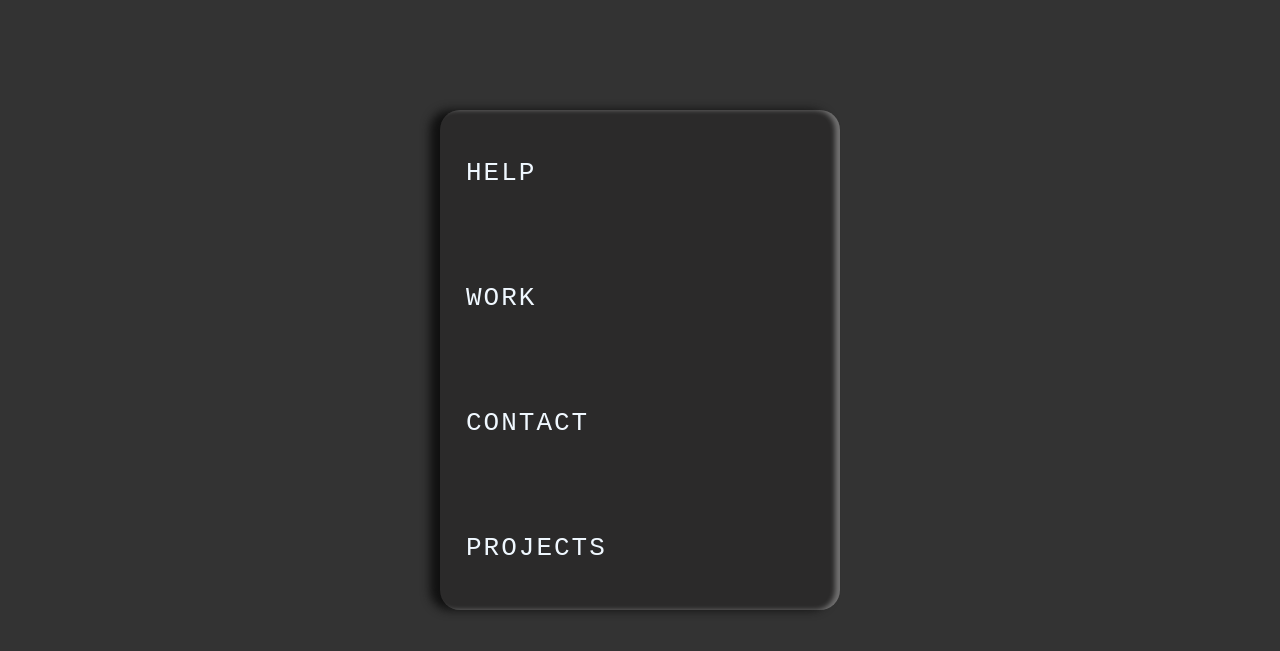
Repository: Rostyk-qq/Projects_Web
Page: menuRanLine/ranLine.html
The author's editor kept a copy of each file at every save. The page is drawn from the files as they stood at one save, then again after the next save.
The browser window is 1280 px wide. The pictures show the whole page.

Above is the page before, as saved 2023-09-30 02:12:14.

After the next save:
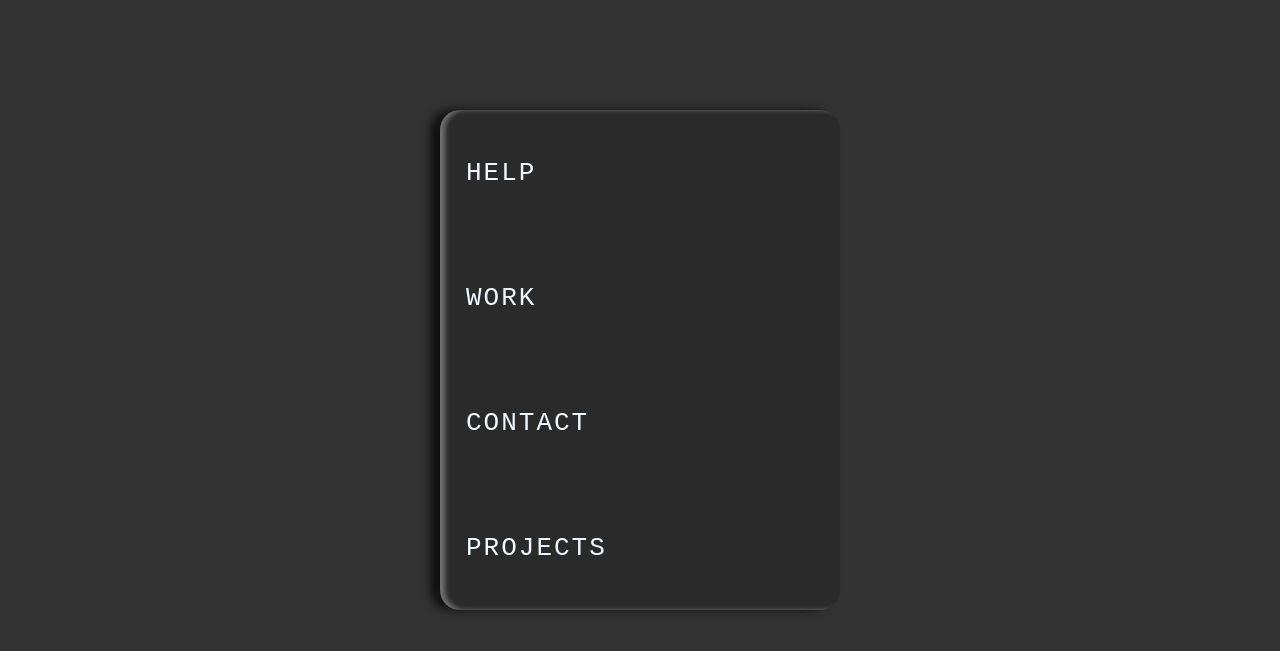
Saved 8 s later.
--- a/menuRanLine/ranLine.css
+++ b/menuRanLine/ranLine.css
@@ -26,7 +26,7 @@ body{
     border-radius: 20px;
     background-color: #2b2a2a;
     overflow: hidden;
-    box-shadow: -10px 0px 10px #111, inset -5px 0px 5px #fff5;
+    box-shadow: -10px 0px 10px #111, inset 5px 0px 5px #fff5;
 }
 .menu__list {
     list-style-type: none;
